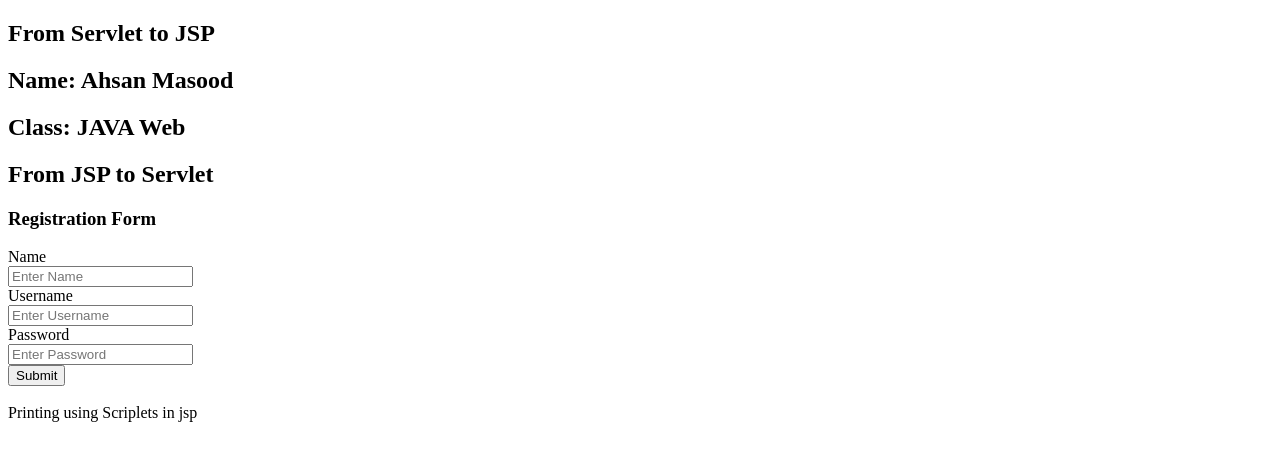
Repository: Ahsan-Masood98/Java-Web-Eng
Page: http://localhost/week2lab/helloworld
The author's editor kept a copy of each file at every save. The page is drawn from the files as they stood at one save, then again after the next save.
The browser window is 1280 px wide. The pictures show the whole page.
The page is served by Tomcat 9.

Above is the page before, as saved 2022-09-20 14:07:44.

After the next save:
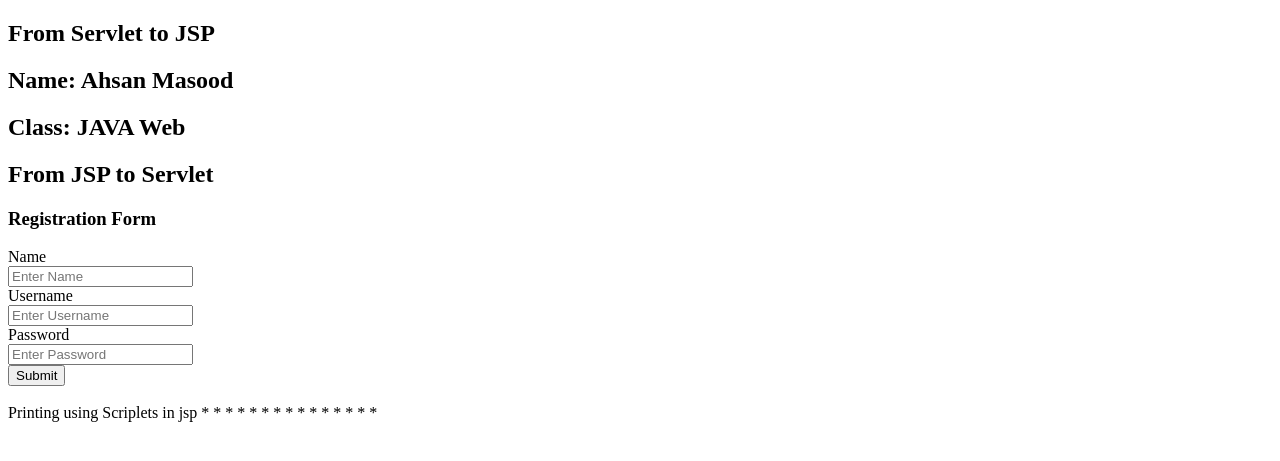
Saved 23 h 3 min later.
--- a/eclipse-workplace/week2lab/src/main/webapp/index.jsp
+++ b/eclipse-workplace/week2lab/src/main/webapp/index.jsp
@@ -22,6 +22,13 @@
 	</form>
 	<br>
 	<% out.print("Printing using Scriplets in jsp"); %>
+	<%
+		for(int i=1; i<=5; i++){
+			for(int j=0; j<=i-1; j++){
+				out.print("* ");
+			}
+		}
+	%>
 
 </body>
 </html>
